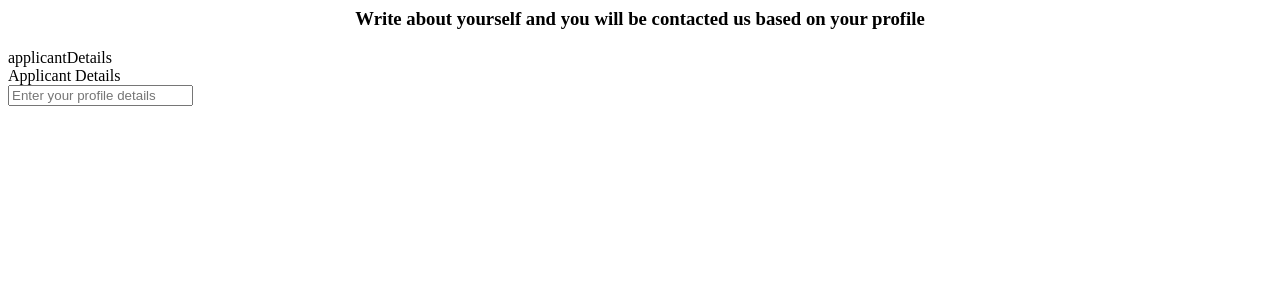
Repository: JamesArul/CLBSiteSTMT
Page: StudentsMeetFrontEnd/WebContent/Job/JobApply.html
An editor plug-in stored every save of this project. The page is shown before and after the next save, followed by the edit.
The browser window is 1280 px wide. The pictures show the whole page.

Above is the page before, as saved 2017-06-06 05:53:33.

After the next save:
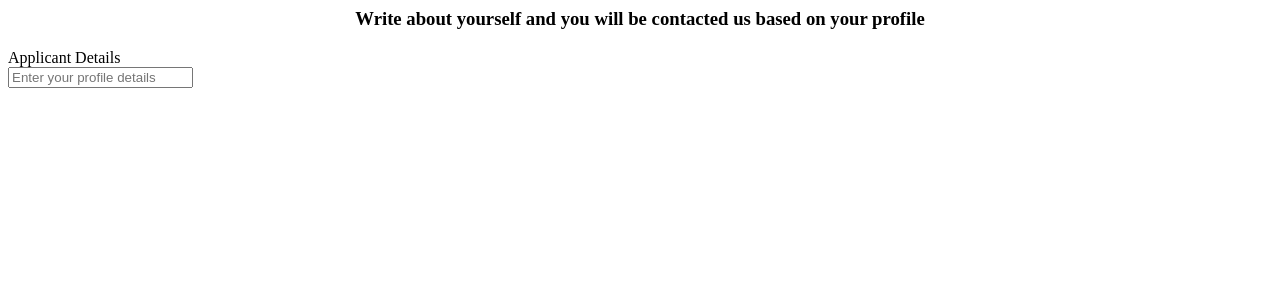
Saved 24 s later.
--- a/StudentsMeetFrontEnd/WebContent/Job/JobApply.html
+++ b/StudentsMeetFrontEnd/WebContent/Job/JobApply.html
@@ -1,11 +1,11 @@
 <div ng-include="'Job/JobHome.html'"></div>
 <div ng-controller="JobController as jtrl">
 <center><h3>Write about yourself and you will be contacted us based on your profile</h3></center>
-<form ng-submit="btrl.submitJobApplication()" class="form-horizontal">applicantDetails
+<form ng-submit="btrl.submitJobApplication()" class="form-horizontal">
 <div class="form-group">
     <label class="control-label col-sm-2" for="applicantDetails">Applicant Details</label>
     <div class="col-sm-10">
-      <input type="text" class="form-control" id="applicantDetails" placeholder="Enter your profile details"  ng-model="jtrl.job.jobName">
+      <input type="text" class="form-control" id="applicantDetails" placeholder="Enter your profile details"  ng-model="jtrl.jobApplication.applicantDetails">
     </div>
   </div>
 </form>
